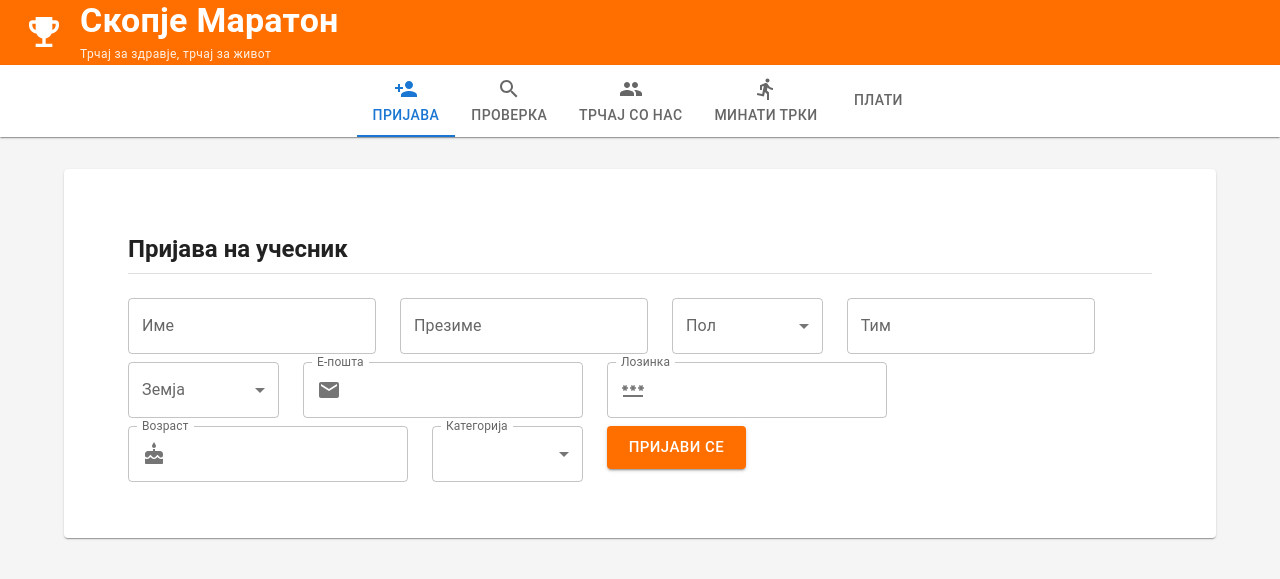
Repository: ilijana123/skopje_marathon_frontend
Page: /
An editor plug-in stored every save of this project. The page is shown before and after a run of saves, followed by the edit.
The browser window is 1280 px wide. The pictures show the whole page.
The page's requests for data from a server got no answer. The project was rebuilt for these pictures with package versions that can differ from the ones it lists, and the page was loaded fresh each time. No one was signed in, and anything a server would have sent is missing. Also part of the build but not shown: vite.config.ts, src/components/CheckStatusTab.tsx, src/components/ContestantTab.styles.ts, src/components/ContestantsTab.tsx, src/components/RacesTab.tsx.

Above is the page before, as saved 2025-12-25 00:50:04.

After the next 3 saves:
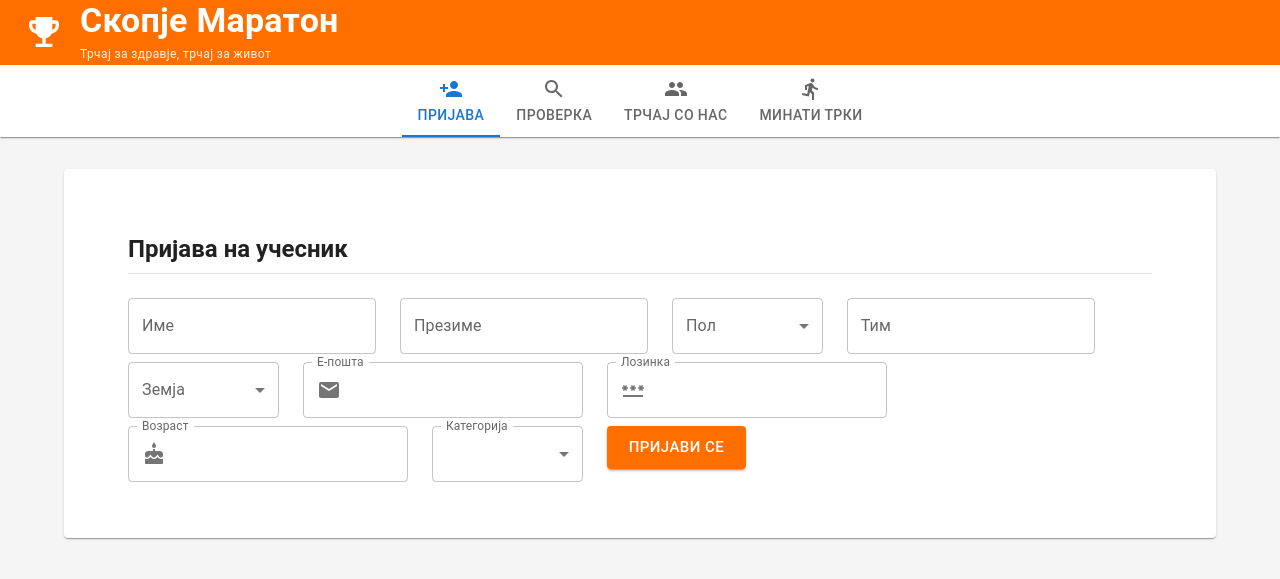
The 3 saves are shown as one change because they came seconds apart.
The last was saved 45 s later.
--- a/src/App.tsx
+++ b/src/App.tsx
@@ -16,7 +16,7 @@ const App = () => {
   const contestantData = useContestants();
   const raceData = useRaces();
 
-  const paths = ['/register', '/check', '/contestants', '/races', '/pay'];
+  const paths = ['/register', '/check', '/contestants', '/races'];
   const currentTabIndex = paths.indexOf(location.pathname);
   const activeTab = currentTabIndex === -1 ? 0 : currentTabIndex;
 
@@ -46,7 +46,6 @@ const App = () => {
           <Tab icon={<Search />} label="Проверка" />
           <Tab icon={<People />} label="Трчај со нас" />
           <Tab icon={<DirectionsRun />} label="Минати трки" />
-          <Tab label="Плати" />
         </Tabs>
       </Paper>
 
